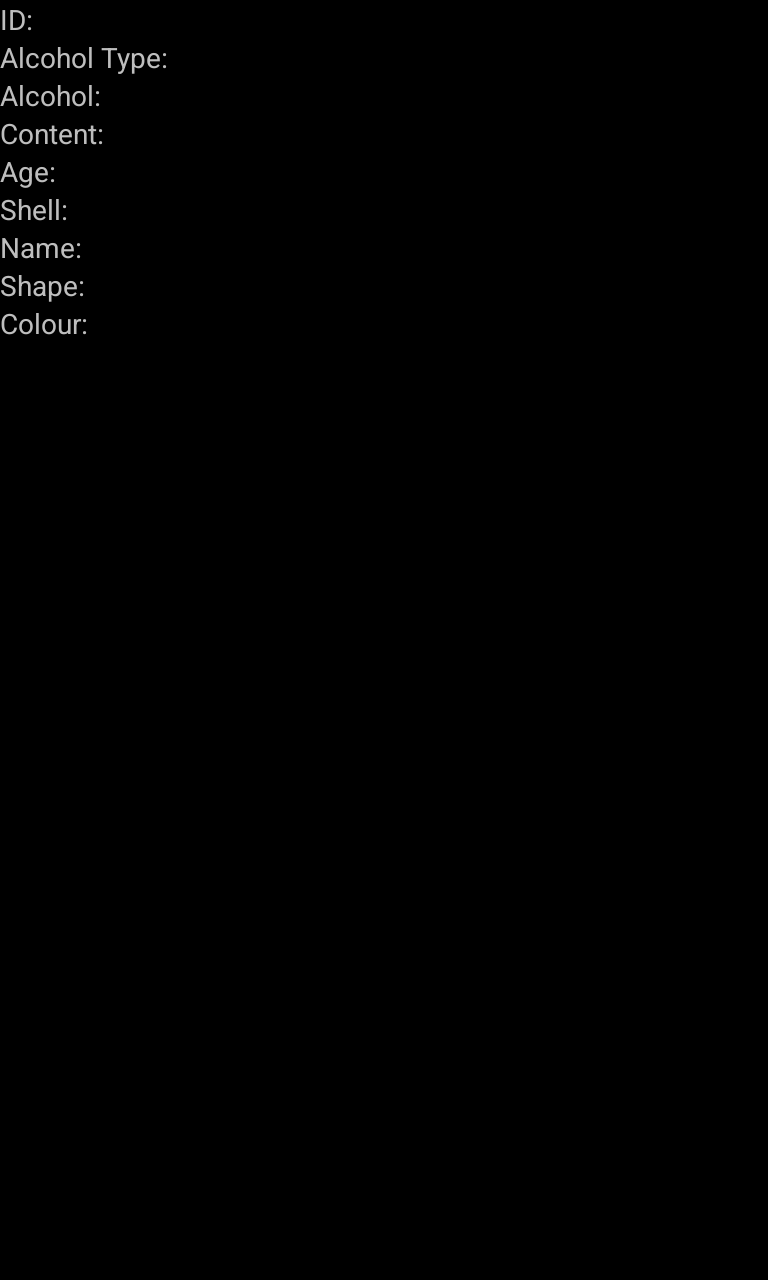
Repository: blagozlatev/Search-Rater
Layout: Catalog-Android-Client/res/layout/show_bottle_layout.xml
These files come from the project's save history. The layout is drawn as it stood at one moment and after a run of saves; the edit follows.
It is drawn on a 768 x 1280 px phone screen (xhdpi) without system bars, with theme android:Theme; the app's code is not run.

Above is the layout before, as saved 2013-03-17 06:46:49.

After the next 2 saves:
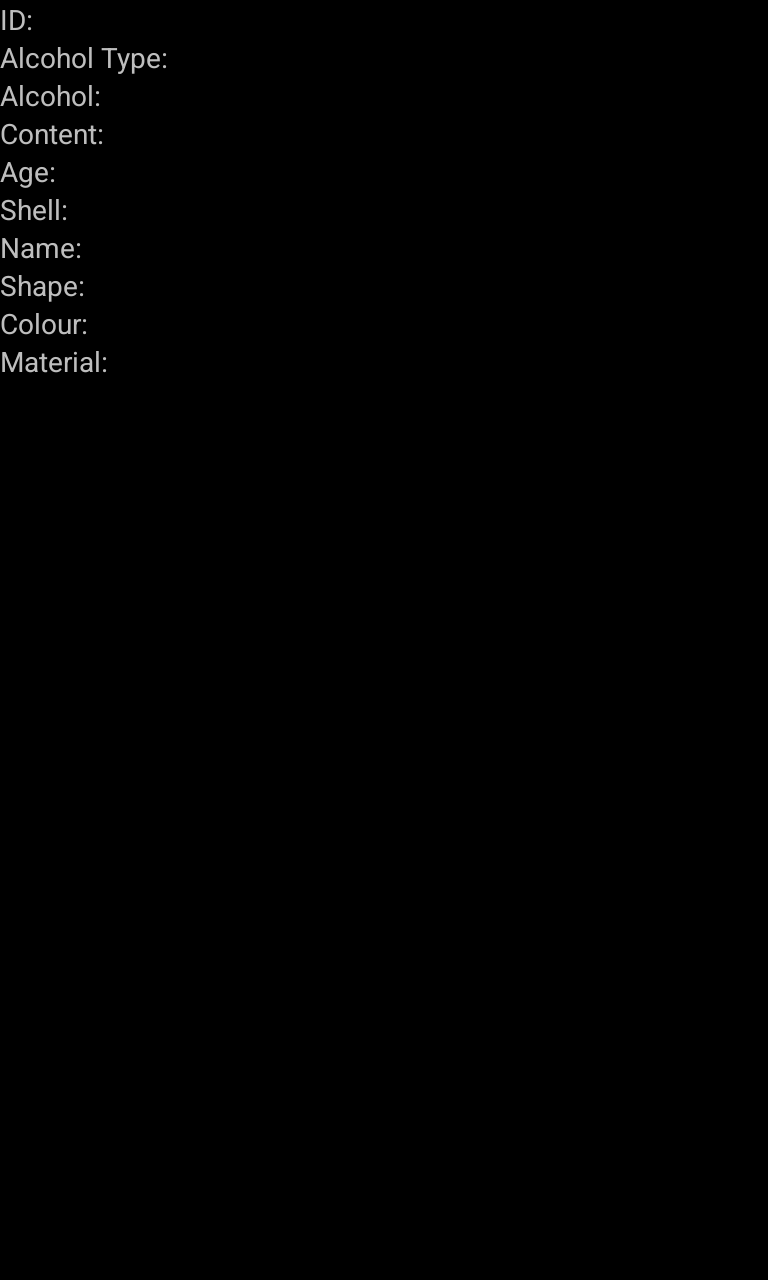
The 2 saves are shown as one change because they came seconds apart.
The last was saved 14 s later.
--- a/Catalog-Android-Client/res/layout/show_bottle_layout.xml
+++ b/Catalog-Android-Client/res/layout/show_bottle_layout.xml
@@ -152,6 +152,12 @@
             android:layout_width="match_parent"
             android:layout_height="wrap_content" >
 
+                        <TextView
+                android:layout_width="wrap_content"
+                android:layout_height="wrap_content"
+                android:text="@string/material_" />
+
+
             <TextView
                 android:id="@+id/txtViewMaterial"
                 android:layout_width="match_parent"
--- a/Catalog-Android-Client/res/values/strings.xml
+++ b/Catalog-Android-Client/res/values/strings.xml
@@ -54,5 +54,6 @@
     <string name="name_">"Name: "</string>
     <string name="shape_">"Shape: "</string>
     <string name="colour_">"Colour: "</string>
+    <string name="material_">"Material: "</string>
 
 </resources>
